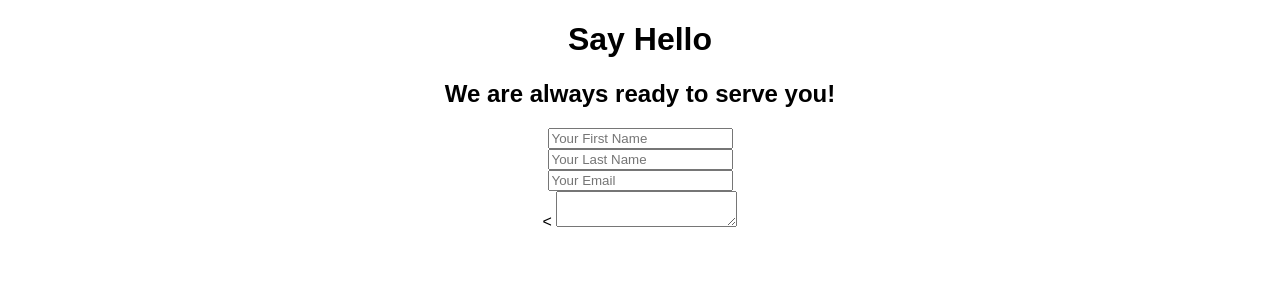
Repository: Owusuharriet/HW1-HAMAH.index.html
Page: index.htm
These files come from the project's save history. The page is drawn as it stood at one moment and after a run of saves; the edit follows.
The browser window is 1280 px wide. The pictures show the whole page.

Above is the page before, as saved 2020-08-03 22:30:11.

### index.htm
<!DOCTYPE html>
<html lang="en">
<head>
    <meta charset="UTF-8">
    <meta name="viewport" content="width=device-width, initial-scale=1.0">
    <link rel="stylesheet" type="text/css" href="./styles/style.css">
    <title>Contact Form</title>
</head>
<body>
    <div class="contact-title">
        <h1>Say Hello</h1>
        <h2>We are always ready to serve you!</h2>
    </div>

    <div class="contact-form">
        <form id="contact-form" method="post" action=""></form>
        <input name="name" type="text" class="form-control" placeholder="Your First Name" required><br>
        <input name="name" type="text" class="form-control" placeholder="Your Last Name" required><br>
        <input name="emil" type="email" class="from-control" placeholder="Your Email"required><br>
        <



        <textarea name="message" class="from-control"></textarea>

    </div>


</body>
</html>

### style.css
body{
    margin: 0;
    padding: 0;
    text-align: center;
    background: linear-gradient(0,0 150, 0.5,),rgba(0, 0, 50, 0.5),url(laptop.jpg);
    background-size: cover;
    background-position: center;
    font-family: sans-serif;
}

.content-title{
    margin-top: 90px;
    color: #fff;
    text-transform: uppercase;
    transition: all 2 ease-in-out;

}
.content-title h1{
    font-size: 32px;
    line-height: 10px;
}

.content-title h2{
    font-size: 10px;
}

After the next 3 saves:
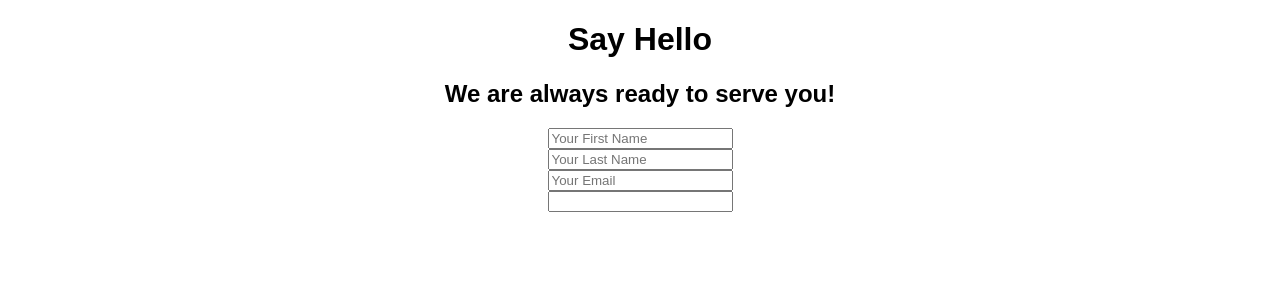
The 3 saves are shown as one change because they came seconds apart.
The last was saved 9 s later.
--- a/index.htm
+++ b/index.htm
@@ -17,7 +17,7 @@
         <input name="name" type="text" class="form-control" placeholder="Your First Name" required><br>
         <input name="name" type="text" class="form-control" placeholder="Your Last Name" required><br>
         <input name="emil" type="email" class="from-control" placeholder="Your Email"required><br>
-        <
+        <input name
 
 
 
